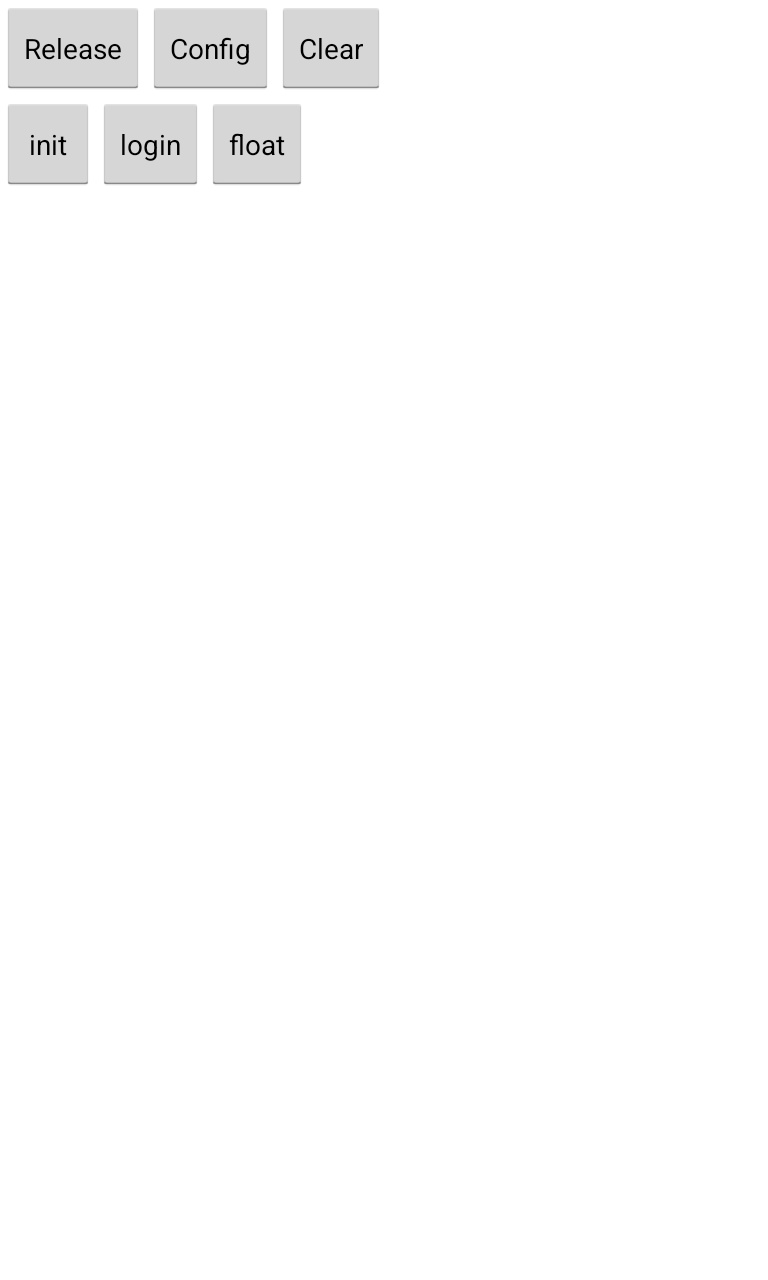
Repository: XClouded/dynamicCall
Layout: UCGameSdk/res/layout/activity_dex_loader.xml
The author's editor kept a copy of each file at every save. The layout is drawn from the files as they stood at one save, then again after the next save.
It is drawn on a 768 x 1280 px phone screen (xhdpi) without system bars, with theme AppTheme; the app's code is not run.

Above is the layout before, as saved 2013-07-18 07:23:46.

### UCGameSdk/res/layout/activity_dex_loader.xml
<LinearLayout xmlns:android="http://schemas.android.com/apk/res/android"
    xmlns:tools="http://schemas.android.com/tools"
    android:layout_width="match_parent"
    android:layout_height="match_parent"
    android:orientation="vertical"
 >
    <LinearLayout
        android:layout_width="match_parent"
        android:layout_height="wrap_content"
        android:orientation="horizontal" >

        <Button
            android:id="@+id/btn_release"
            style="?android:attr/buttonStyleSmall"
            android:layout_width="wrap_content"
            android:layout_height="wrap_content"
            android:text="Release" />

        <Button
            android:id="@+id/button1"
            style="?android:attr/buttonStyleSmall"
            android:layout_width="wrap_content"
            android:layout_height="wrap_content"
            android:text="Config" />

        <Button
            android:id="@+id/btn_clear"
            style="?android:attr/buttonStyleSmall"
            android:layout_width="wrap_content"
            android:layout_height="wrap_content"
            android:text="Clear" />

    </LinearLayout>

    <LinearLayout
        android:layout_width="match_parent"
        android:layout_height="wrap_content" >

        <Button
            android:id="@+id/btn_init"
            style="?android:attr/buttonStyleSmall"
            android:layout_width="wrap_content"
            android:layout_height="wrap_content"
            android:text="init" />

        <Button
            android:id="@+id/btn_login"
            style="?android:attr/buttonStyleSmall"
            android:layout_width="wrap_content"
            android:layout_height="wrap_content"
            android:text="login" />

        <Button
            android:id="@+id/btn_float"
            style="?android:attr/buttonStyleSmall"
            android:layout_width="wrap_content"
            android:layout_height="wrap_content"
            android:text="float" />

    </LinearLayout>

    <ScrollView
        android:id="@+id/scrollView"
        android:layout_width="match_parent"
        android:layout_height="match_parent" >

        <TextView
            android:id="@+id/textView3"
            android:layout_width="match_parent"
            android:layout_height="match_parent"
            android:text="" />

    </ScrollView>

    <LinearLayout
        android:layout_width="match_parent"
        android:layout_height="wrap_content" >

    </LinearLayout>

</LinearLayout>

Loaded but not shown: UCGameSdk/res/values/styles.xml (common file); UCGameSdk/res/values-v11/styles.xml (common file); UCGameSdk/res/values-v14/styles.xml (common file)

After the next save:
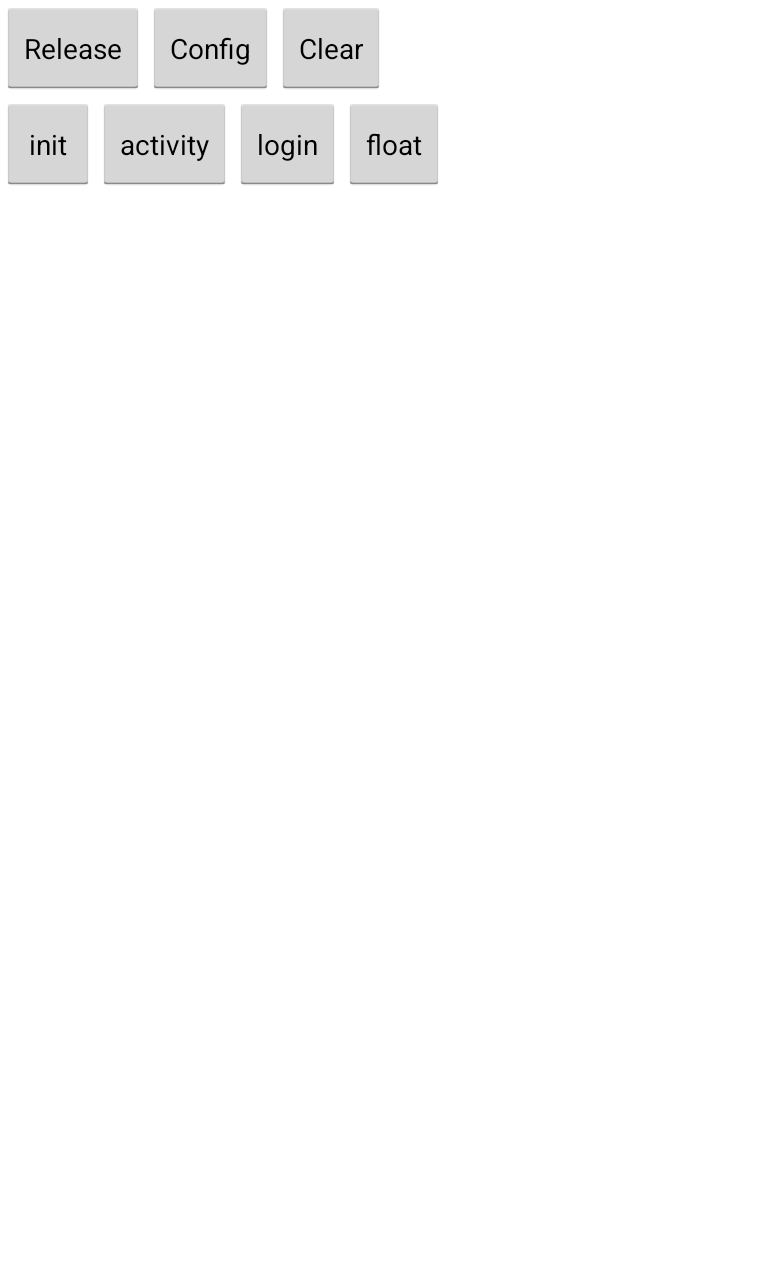
Saved 2 min 36 s later.
--- a/UCGameSdk/res/layout/activity_dex_loader.xml
+++ b/UCGameSdk/res/layout/activity_dex_loader.xml
@@ -44,6 +44,13 @@
             android:text="init" />
 
         <Button
+            android:id="@+id/btnActivity"
+            style="?android:attr/buttonStyleSmall"
+            android:layout_width="wrap_content"
+            android:layout_height="wrap_content"
+            android:text="activity" />
+
+        <Button
             android:id="@+id/btn_login"
             style="?android:attr/buttonStyleSmall"
             android:layout_width="wrap_content"
